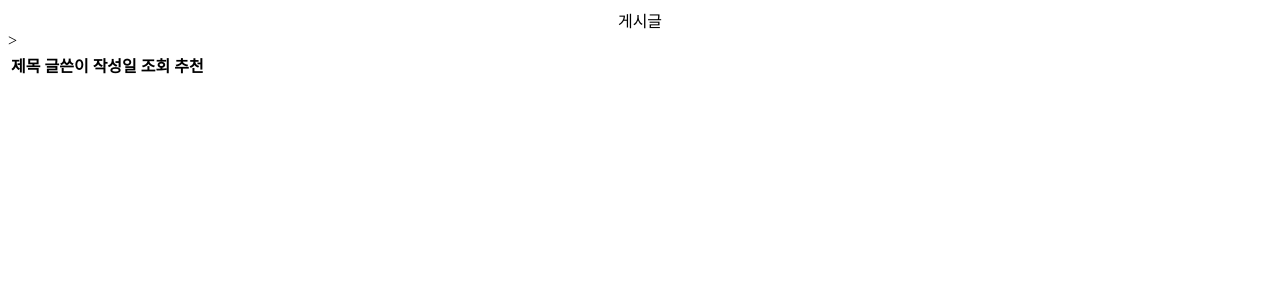
Repository: tae10/app-board-solo
Page: http://localhost/app-board/board
These files come from the project's save history. The page is drawn as it stood at one moment and after the next save; the edit follows.
The browser window is 1280 px wide. The pictures show the whole page.
The page is served by Tomcat 9. Other server files are loaded and not shown. Queries for data that is not in the repository find no rows.

Above is the page before, as saved 2023-04-08 15:34:13.

### app-board/src/main/webapp/WEB-INF/views/board/view.jsp
<%@ page language="java" contentType="text/html; charset=EUC-KR"
	pageEncoding="EUC-KR"%>
<%@taglib prefix="c" uri="http://java.sun.com/jsp/jstl/core"%>
<!DOCTYPE html>
<html>
<head>
<meta charset="EUC-KR">
<title>Insert title here</title>
</head>
<body>
	<div align="center">게시글</div>

	<table>
		<tr>
			>
			<th>제목</th>
			<th>글쓴이</th>
			<th>작성일</th>
			<th>조회</th>
			<th>추천</th>
		</tr>

		<c:forEach items="${list }" var="li">
			<tr>
				<td style="text-align: center;" width="10%"><a href="/detail-task>boardId=${li.boardId}">${li.title }</a></td>
				<td style="text-align: center;">${li.writer }</td>
				<td style="text-align: center;">${li.writed }</td>
				<td style="text-align: center;">>${li.views }</td>
				<td style="text-align: center;">${li.likes }</td>

		</c:forEach>

		</tr>
	</table>

</body>
</html>

### app-board/src/main/java/controller/BoardViewController.java
package controller;

import java.io.IOException;
import java.util.HashMap;
import java.util.List;
import java.util.Map;

import javax.servlet.ServletException;
import javax.servlet.annotation.WebServlet;
import javax.servlet.http.HttpServlet;
import javax.servlet.http.HttpServletRequest;
import javax.servlet.http.HttpServletResponse;

import org.apache.ibatis.session.SqlSession;
import org.apache.ibatis.session.SqlSessionFactory;

import data.Board;
import data.User;

@WebServlet("/board")
public class BoardViewController extends HttpServlet {

	@Override
	protected void service(HttpServletRequest req, HttpServletResponse resp) throws ServletException, IOException {
		SqlSessionFactory factory = (SqlSessionFactory) req.getServletContext().getAttribute("sqlSessionFactory");
		SqlSession sqlSession = factory.openSession();
		User logonUser = (User) req.getSession().getAttribute("logonUser");


	  String sort =req.getParameter("sort");

		int p;
		if (req.getParameter("page") == null) {
			p = 1;
		} else {
			p = Integer.parseInt(req.getParameter("page"));
		}

		Map<String,Object> map =new HashMap<>();
		map.put("a", p*10-9);
		map.put("b",p*10);

		List<Board> list =sqlSession.selectList("boards.findByWrited",map);

		req.setAttribute("list", list);

		if (sort == null) {
		} else {
			if (sort.equals("views")) {
				list = sqlSession.selectList("boards.findByViews", map);
				req.setAttribute("list", list);
			} else if (sort.equals("Likes")) {
				list = sqlSession.selectList("boards.findByLikes", map);
				req.setAttribute("list", list);
			} else {
				list = sqlSession.selectList("boards.findByWrited", map);
				req.setAttribute("list", list);
			}
		}

		req.getRequestDispatcher("/WEB-INF/views/board/view.jsp").forward(req, resp);


	}

}

After the next save:
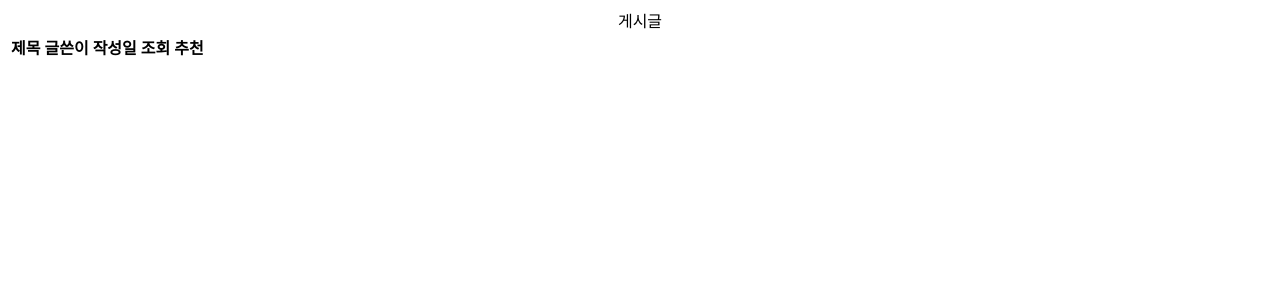
Saved 11 s later.
--- a/app-board/src/main/webapp/WEB-INF/views/board/view.jsp
+++ b/app-board/src/main/webapp/WEB-INF/views/board/view.jsp
@@ -12,7 +12,7 @@
 
 	<table>
 		<tr>
-			>
+
 			<th>제목</th>
 			<th>글쓴이</th>
 			<th>작성일</th>
